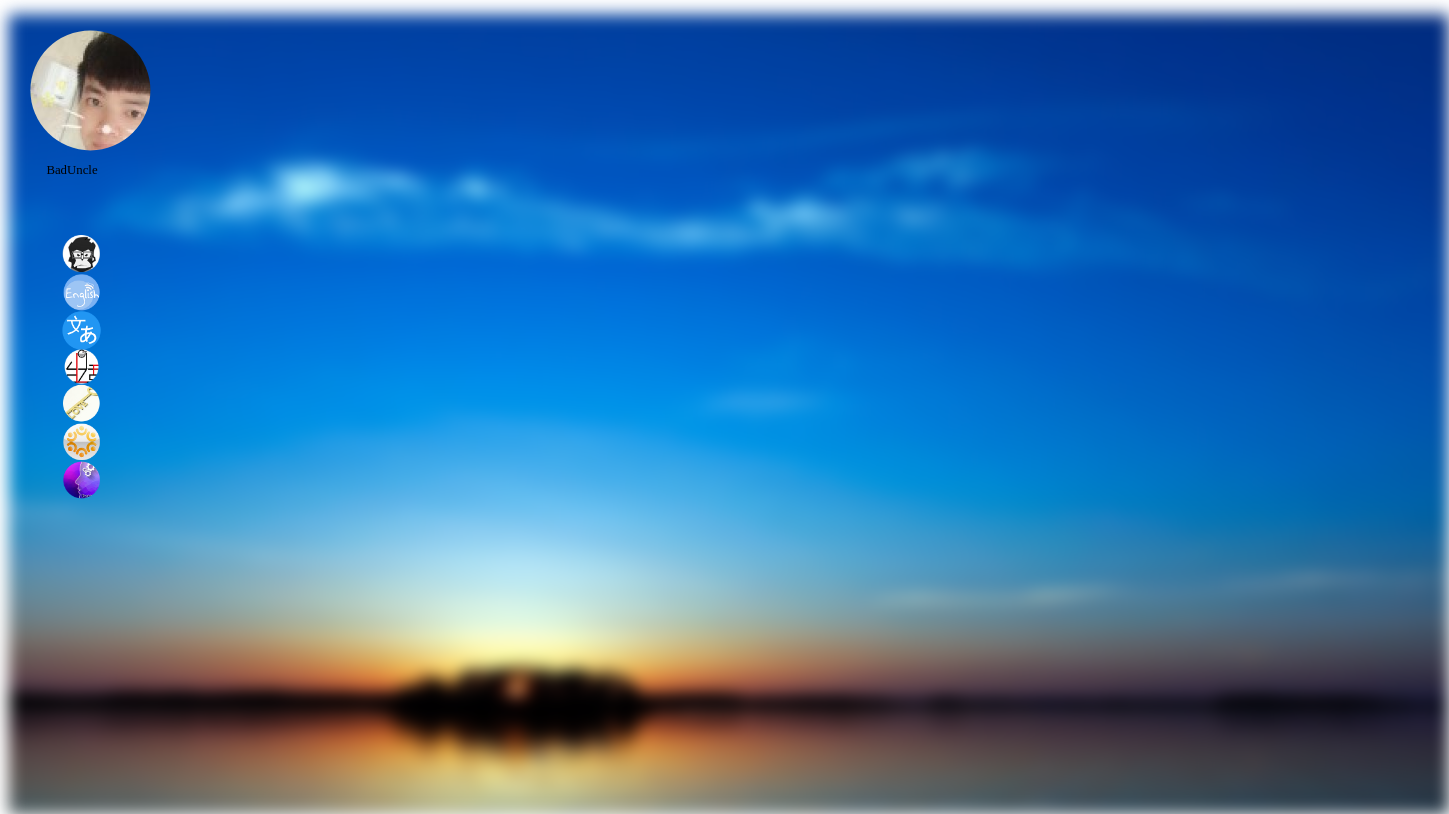
Repository: lidasi/monkeyLife
Page: http://localhost/monkeyLife/jsp/menubar.jsp
These files come from the project's save history. The page is drawn as it stood at one moment and after the next save; the edit follows.
The browser window is 1280 px wide. The page is 1811 px wide, so the pictures cover 1811 px, including what lies to the right of the window. The pictures show the whole page, at 80% of full size.
The page is served by Tomcat 9.

Above is the page before, as saved 2017-07-13 09:20:56.

### workSpeaces/monkeyLife/WebContent/jsp/menubar.jsp
<%@ page language="java" contentType="text/html; charset=UTF-8"
    pageEncoding="UTF-8"%>
<!DOCTYPE html PUBLIC "-//W3C//DTD HTML 4.01 Transitional//EN" "http://www.w3.org/TR/html4/loose.dtd">
<html>
<head>
<meta http-equiv="Content-Type" content="text/html; charset=UTF-8">
<link rel="stylesheet" type="text/css" media="screen" href="../css/menu.css">
    <script type="text/javascript" src="../js/jquery.min.js"></script>
    <script type="text/javascript" src="../js/fisheye-iutil.min.js"></script>
    <script type="text/javascript" src="../js/jquery.jqDock.min.js"></script>
    <script type="text/javascript">
        $(function(){
        	 var height = 1000;
             var width = 1800;
             $("#menuImage").height(height).width(width);

            var jqDockOpts = {align: 'left', duration: 200, labels: 'tc', size: 48, distance: 85};
            $('#jqDock').jqDock(jqDockOpts);
        });
    </script>
</head>
<body>
	<div id="menuRelative">
		<div id="menuImage">
		</div>
		<div id="headPortrait"></div>
		<div id="userName"><p>BadUncle</p></div>
		<div id="dockContainer">
		    <ul id="jqDock">
		        <li><a class="img-circle" href="#"><img src="../image/dock/monkey.png"   alt="Home" title="猿生活&nbsp;" /></a></li>
		        <li><a class="img-circle" href="#"><img src="../image/dock/English.png"  alt="Contact" title="EnglishStudy&nbsp;" /></a></li>
		        <li><a class="img-circle" href="#"><img src="../image/dock/Japanese.png"  alt="portfolio" title="日本語の勉強&nbsp;" /></a></li>
		        <li><a class="img-circle" href="#"><img src="../image/dock/Life.png"  alt="music" title="日常生活&nbsp;Examples" /></a></li>
		        <li><a class="img-circle" href="#"><img src="../image/dock/Feeling.png"  alt="video" width="128" title="感情写照" /></a></li>
		        <li><a class="img-circle" href="#"><img src="../image/dock/Contacts.png"  alt="history" width="128" title="脉络抒写" /></a></li>
		        <li><a class="img-circle" href="#"><img src="../image/dock/Memory.png"  alt="calendar" width="128" title="记忆珍藏" /></a></li>
		    </ul>
		</div><!-- end div #dockContainer -->
	</div>

</body>
</html>

### workSpeaces/monkeyLife/WebContent/css/menu.css
@CHARSET "UTF-8";
#menuRelative{position:relative;
	width:200px;
	height:100%}
#menuImage{
	position:absolute;
	left:3px;
	top:10px;
/*    border: 1px solid #CCCCCC;
    padding:90px 5px 10px;*/
    background: url("../image/dock/backgroundImage.jpg") no-repeat;
    background-size: cover;
    -webkit-filter: blur(10px);
    -ms-filter: blur(10px);
    filter: progid:DXImageTransform.Microsoft.Blur(PixelRadius=10, MakeShadow=false);
    animation:mymove 5s infinite;
    -webkit-animation:mymove 5s infinite;
}
 @keyframes mymove
{
    0%   {top:10px; background:url("../image/dock/backgroundImage.jpg"); position:absolute;}
    50% {top:10px; background:url("../image/dock/background_001.jpg"); position:absolute;}
    100% {top:10px; background:url("../image/dock/backgroundImage.jpg"); position:absolute;}
}

@-webkit-keyframes mymove
{
    0%   {top:0px; background:url("../image/dock/backgroundImage.jpg" position:absolute;);
    }
    50%   {top:0px; background:url("../image/dock/background_001.jpg" position:absolute;);
    }
    100% {top:0px; background:url("../image/dock/backgroundImage.jpg" position:absolute;);
    }
}
#headPortrait {
	left: 30px;
	top: 20px;
	width: 150px;
	height: 150px;
	position: absolute;
	background: url("../image/dock/headPortrait.jpg") no-repeat;
	border-radius:50%;
	margin:10px auto;
}
#userName {
	left: 50px;
	top: 180px;
	width: 100px;
	height: 80px;
	position: absolute;
	font-size: 24;
}
#dockContainer {
	position: absolute;
	top: 230px;
	left: 30px; }
#iframeDiv {
	position: fixed;
	top: 60px;
	left: 20px; }
#jqDock {
	position: relative;
	bottom: 48px; }
#jqDock li {
	list-style: none;
	margin-bottom: 0px }
.jqDockLabel {
	background: #333;
	color: #fff;
	padding: 3px 10px;
	-webkit-border-radius: 10px;
	-moz-border-radius: 10px;
}

Loaded but not shown: workSpeaces/monkeyLife/WebContent/js/jquery.min.js (library); workSpeaces/monkeyLife/WebContent/js/fisheye-iutil.min.js (library); workSpeaces/monkeyLife/WebContent/js/jquery.jqDock.min.js (library)

After the next save:
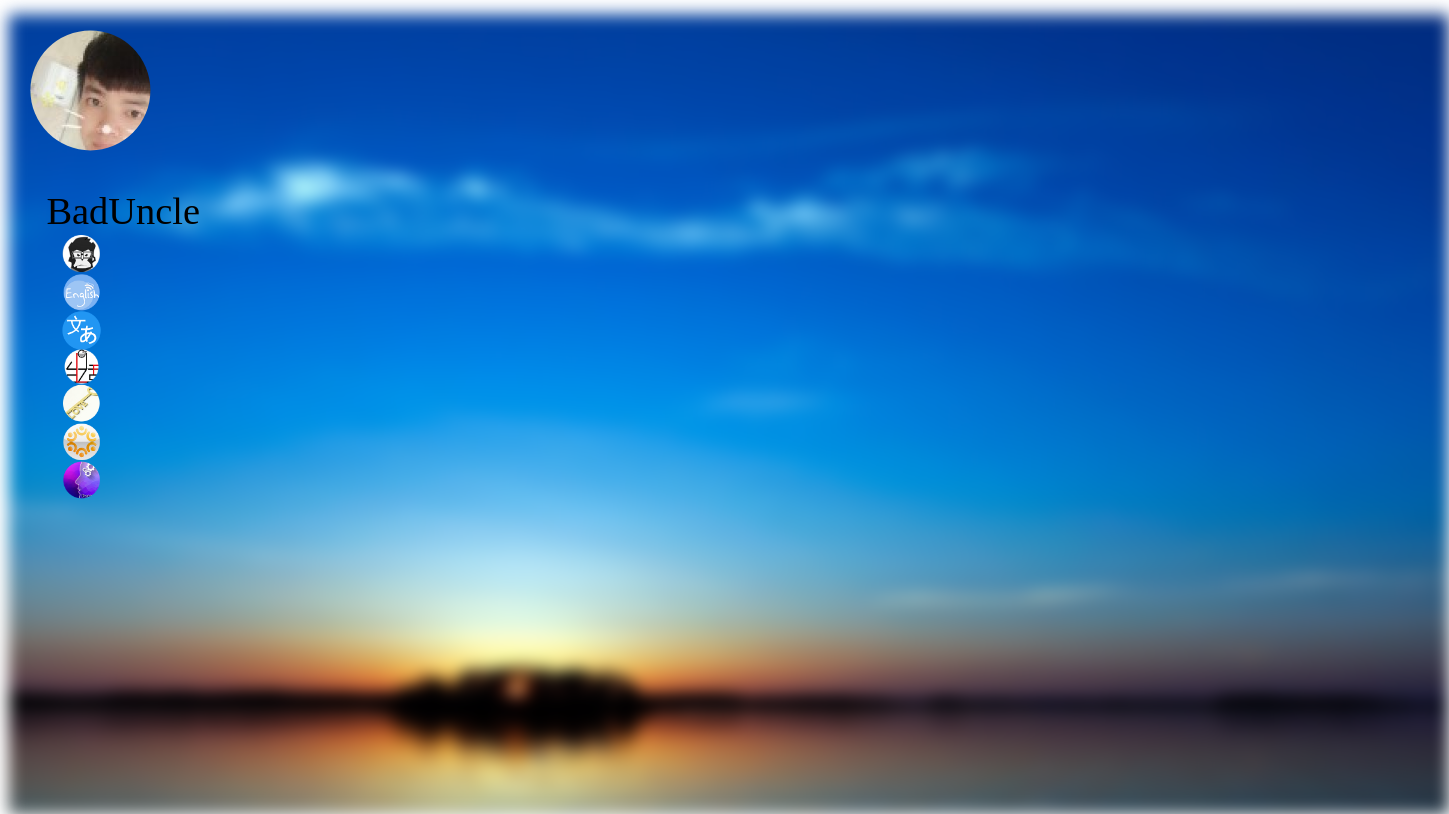
Saved 12 s later.
--- a/workSpeaces/monkeyLife/WebContent/css/menu.css
+++ b/workSpeaces/monkeyLife/WebContent/css/menu.css
@@ -48,7 +48,7 @@
 	width: 100px;
 	height: 80px;
 	position: absolute;
-	font-size: 24;
+	font-size: 48px;
 }
 #dockContainer {
 	position: absolute;
